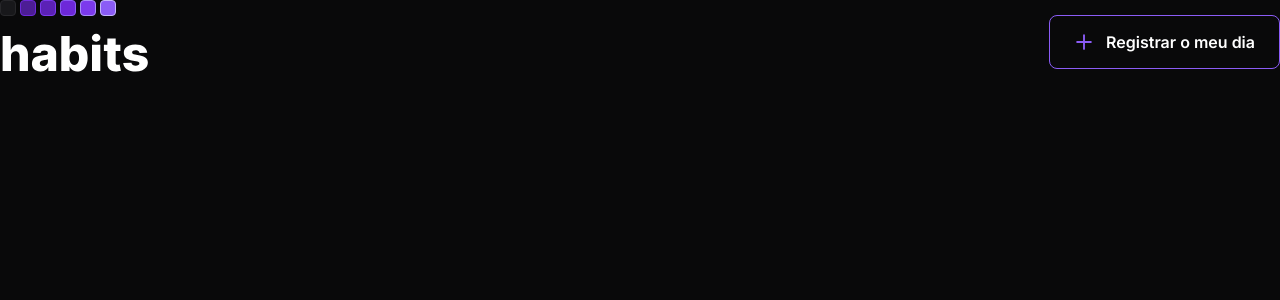
Repository: AntonyCosta/nlw-setup
Page: index.html
An editor plug-in stored every save of this project. The page is shown before and after a run of saves, followed by the edit.
The browser window is 1280 px wide. The pictures show the whole page.

Above is the page before, as saved 2023-01-18 03:33:22.

### index.html
<!DOCTYPE html>
<html lang="pt-br">
  <head>
    <meta charset="UTF-8" />
    <meta http-equiv="X-UA-Compatible" content="IE=edge" />
    <meta name="viewport" content="width=device-width, initial-scale=1.0" />
    <link rel="preconnect" href="https://fonts.googleapis.com" />
    <link rel="preconnect" href="https://fonts.gstatic.com" crossorigin />
    <link
      href="https://fonts.googleapis.com/css2?family=Inter:wght@600&display=swap"
      rel="stylesheet"
    />
    <link rel="stylesheet" href="style.css" />
    <title>Habits</title>
  </head>
  <body>
    <header>
      <img src="./assets/logo.svg" alt="" />
      <button>
        <img src="./assets/plus.svg" alt="" />
        Registrar o meu dia
      </button>
    </header>
  </body>
</html>

### style.css
* {
  margin: 0;
  padding: 0;
  box-sizing: border-box;
}

body {
  background-color: #09090a;
  color: white;

  /* display: grid;
  place-items: center; */

  height: 100vh;
}

header {
  display: flex;
  align-items: center;
  justify-content: space-between;
}

button {
  padding: 16px 24px;
  border: 1px solid #8b5cf6;
  border-radius: 8px;
  background: transparent;
  color: #ffffff;

  display: flex;
  align-items: center;
  gap: 12px;

  font-family: "Inter", arial, sans-serif;
  font-weight: 600;
  font-size: 16px;
  line-height: 125%;
}

After the next 2 saves:
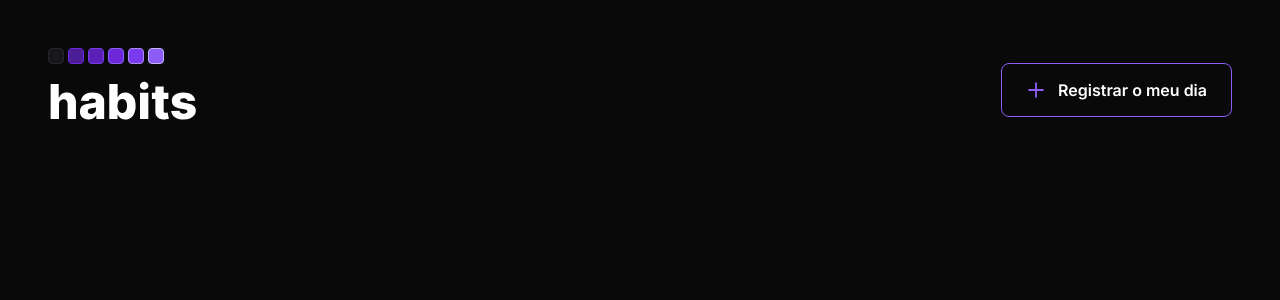
The 2 saves are shown as one change because they came seconds apart.
The last was saved 37 s later.
--- a/style.css
+++ b/style.css
@@ -18,6 +18,8 @@ header {
   display: flex;
   align-items: center;
   justify-content: space-between;
+
+  padding: 48px;
 }
 
 button {
